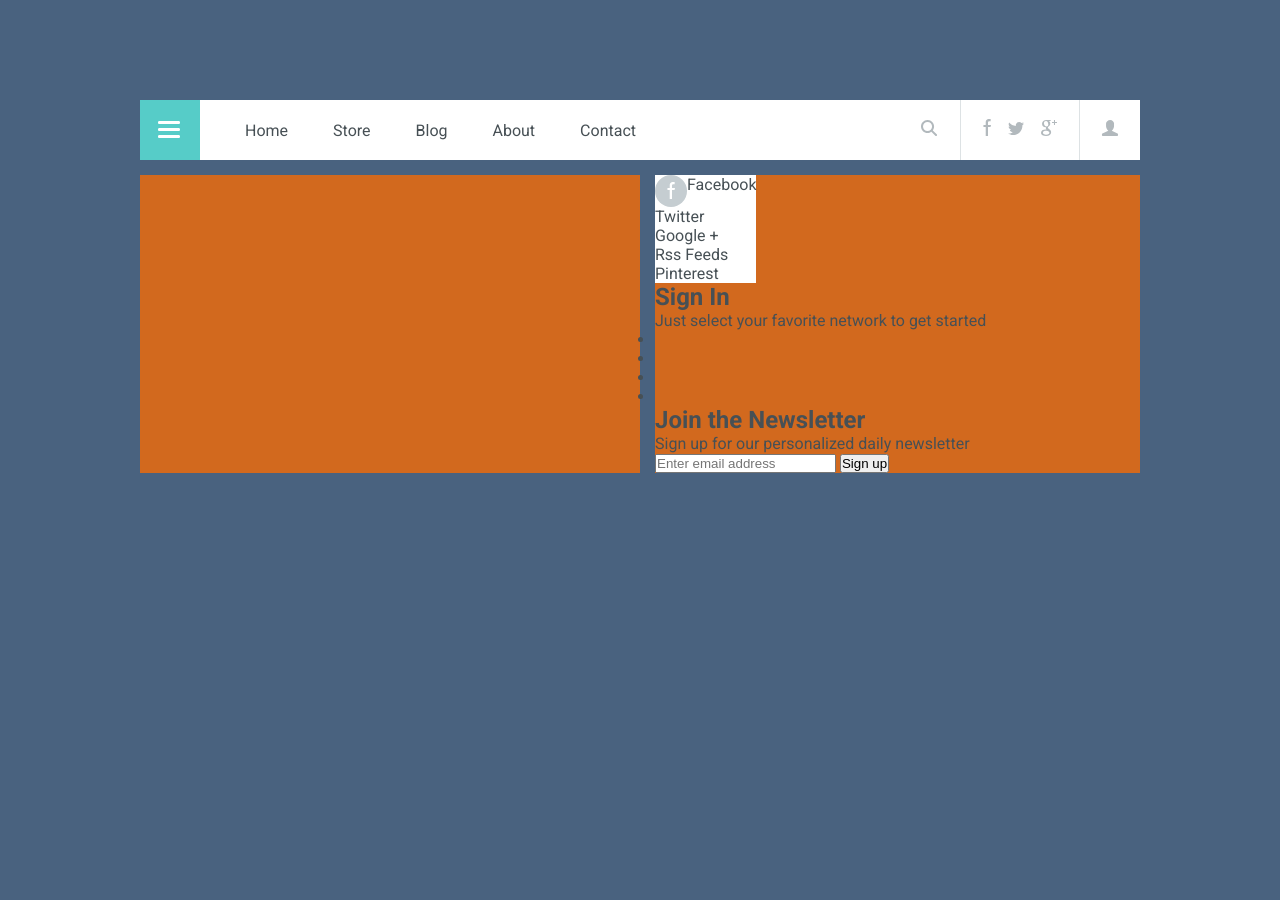
Repository: pawelczubak/WeeklyWebDevChallenge
Page: Challenge_4/index.html
The author's editor kept a copy of each file at every save. The page is drawn from the files as they stood at one save, then again after the next save.
The browser window is 1280 px wide. The pictures show the whole page.
Some web libraries are served in a nearby version.

Above is the page before, as saved 2020-04-27 20:13:42.

### Challenge_4/index.html
<!DOCTYPE html>
<html lang="en">

<head>
    <meta charset="UTF-8">
    <meta name="viewport" content="width=device-width, initial-scale=1.0">

    <title>Weekly WebDev Challenge - 4</title>

    <link href="https://fonts.googleapis.com/css2?family=Roboto:wght@300;400;700&display=swap" rel="stylesheet">
    <script src="https://kit.fontawesome.com/f64caa1a2c.js" crossorigin="anonymous"></script>

    <meta name="viewport" content="width = device-width, initial-scale=1, user-scalable=yes">
    <link rel="stylesheet" href="css/main.css">
</head>

<body>
    <div class="container">
        <!--  -----  NAVIGATION START  -----  -->
        <nav class="nav">
            <div class="nav-button">

                <svg xmlns="http://www.w3.org/2000/svg" xmlns:xlink="http://www.w3.org/1999/xlink" width="0.24in"
                    height="0.18in">
                    <path fill-rule="evenodd" fill="rgb(255, 255, 255)"
                        d="M20.653,17.008 L1.347,17.008 C0.603,17.008 -0.000,16.417 -0.000,15.690 L-0.000,15.372 C-0.000,14.644 0.603,14.055 1.347,14.055 L20.653,14.055 C21.397,14.055 22.000,14.644 22.000,15.372 L22.000,15.690 C22.000,16.417 21.397,17.008 20.653,17.008 ZM20.653,9.980 L1.347,9.980 C0.603,9.980 -0.000,9.390 -0.000,8.662 L-0.000,8.344 C-0.000,7.617 0.603,7.027 1.347,7.027 L20.653,7.027 C21.397,7.027 22.000,7.617 22.000,8.344 L22.000,8.662 C22.000,9.390 21.397,9.980 20.653,9.980 ZM20.653,2.952 L1.347,2.952 C0.603,2.952 -0.000,2.362 -0.000,1.635 L-0.000,1.317 C-0.000,0.589 0.603,-0.001 1.347,-0.001 L20.653,-0.001 C21.397,-0.001 22.000,0.589 22.000,1.317 L22.000,1.635 C22.000,2.362 21.397,2.952 20.653,2.952 Z" />
                </svg>

            </div>
            <ul class="nav-list">
                <li class="nav-list__item"><a href="#" class="nav-list__link">Home</a></li>
                <li class="nav-list__item"><a href="#" class="nav-list__link">Store</a></li>
                <li class="nav-list__item"><a href="#" class="nav-list__link">Blog</a></li>
                <li class="nav-list__item"><a href="#" class="nav-list__link">About</a></li>
                <li class="nav-list__item"><a href="#" class="nav-list__link">Contact</a></li>
            </ul>
            <div class="nav-icons">
                <div class="nav-icons__search">
                    <a href="#" class="nav-link__icon">
                        <svg xmlns="http://www.w3.org/2000/svg" xmlns:xlink="http://www.w3.org/1999/xlink"
                            width="0.18in" height="0.17in">
                            <path class="nav-icons__svg" fill-rule="evenodd" fill="rgb(178, 185, 189)"
                                d="M15.728,14.309 L11.786,10.388 C12.600,9.303 13.088,7.963 13.088,6.504 C13.088,2.908 10.157,-0.006 6.541,-0.006 C2.926,-0.006 -0.005,2.908 -0.005,6.504 C-0.005,10.100 2.926,13.014 6.541,13.014 C7.963,13.014 9.275,12.558 10.349,11.793 L14.304,15.726 C14.697,16.117 15.335,16.117 15.728,15.726 C16.121,15.335 16.121,14.700 15.728,14.309 ZM6.541,11.011 C4.038,11.011 2.009,8.994 2.009,6.504 C2.009,4.015 4.038,1.996 6.541,1.996 C9.044,1.996 11.073,4.015 11.073,6.504 C11.073,8.994 9.044,11.011 6.541,11.011 Z" />
                        </svg>
                    </a>
                </div>
                <ul class="nav-icons__social-list">
                    <li class="nav-icons__social-icons">
                        <a href="#" class="nav-link__icon">
                            <svg xmlns="http://www.w3.org/2000/svg" xmlns:xlink="http://www.w3.org/1999/xlink"
                                width="0.09in" height="0.18in">
                                <path class="nav-icons__svg" fill-rule="evenodd" fill="rgb(178, 185, 189)"
                                    d="M7.672,0.063 L6.069,0.063 C6.069,0.063 2.724,-0.188 2.724,3.338 C2.724,4.092 2.724,6.011 2.724,6.011 L0.453,6.011 L0.459,7.910 L2.723,7.910 L2.725,17.002 L5.000,17.002 L5.000,7.910 L7.507,7.910 L8.042,6.011 L5.013,6.011 L5.013,3.266 C5.013,3.266 4.988,2.341 6.072,2.341 L7.662,2.341 L7.672,0.063 Z" />
                            </svg>
                        </a>
                    </li>
                    <li class="nav-icons__social-icons">
                        <a href="#" class="nav-link__icon">
                            <svg xmlns="http://www.w3.org/2000/svg" xmlns:xlink="http://www.w3.org/1999/xlink"
                                width="0.17in" height="0.14in">
                                <path class="nav-icons__svg" fill-rule="evenodd" fill="rgb(178, 185, 189)"
                                    d="M16.027,1.547 C15.437,1.809 14.803,1.985 14.138,2.065 C14.817,1.659 15.338,1.015 15.584,0.250 C14.949,0.625 14.245,0.898 13.497,1.046 C12.897,0.408 12.043,0.009 11.097,0.009 C9.282,0.009 7.810,1.478 7.810,3.291 C7.810,3.547 7.839,3.799 7.895,4.039 C5.163,3.901 2.741,2.595 1.119,0.611 C0.837,1.095 0.674,1.658 0.674,2.259 C0.674,3.398 1.255,4.402 2.137,4.990 C1.598,4.974 1.091,4.825 0.648,4.579 C0.647,4.593 0.647,4.606 0.647,4.621 C0.647,6.211 1.781,7.537 3.285,7.838 C3.009,7.913 2.718,7.953 2.418,7.953 C2.207,7.953 2.000,7.933 1.800,7.894 C2.218,9.198 3.432,10.147 4.871,10.172 C3.746,11.053 2.328,11.578 0.788,11.578 C0.523,11.578 0.261,11.562 0.004,11.531 C1.459,12.462 3.187,13.006 5.043,13.006 C11.089,13.006 14.395,8.006 14.395,3.671 C14.395,3.529 14.393,3.387 14.387,3.246 C15.029,2.783 15.586,2.206 16.027,1.547 Z" />
                            </svg>
                        </a>
                    </li>
                    <li class="nav-icons__social-icons">
                        <a href="#" class="nav-link__icon">
                            <svg xmlns="http://www.w3.org/2000/svg" xmlns:xlink="http://www.w3.org/1999/xlink"
                                width="0.18in" height="0.18in">
                                <path class="nav-icons__svg" fill-rule="evenodd" fill="rgb(178, 185, 189)"
                                    d="M15.006,4.015 L15.006,5.999 L13.966,5.999 L13.966,4.015 L11.997,4.015 L11.997,3.013 L13.966,3.013 L13.966,0.971 L15.006,0.971 L15.006,3.013 L17.010,3.013 L17.010,4.015 L15.006,4.015 ZM8.900,2.055 C9.780,2.557 10.247,3.589 10.247,4.730 C10.247,5.777 9.666,6.620 8.845,7.259 C8.043,7.884 7.891,8.145 7.891,8.676 C7.891,9.129 8.849,9.803 9.290,10.132 C10.823,11.279 11.112,12.000 11.134,13.433 C11.162,15.338 9.199,17.001 6.054,17.001 C3.294,17.001 0.982,15.749 0.982,13.959 C0.982,11.258 2.897,10.385 5.657,10.385 C5.958,10.385 6.233,10.377 6.518,10.377 C6.141,10.013 5.836,9.697 5.836,9.144 C5.836,8.815 5.940,8.501 6.087,8.221 C5.938,8.231 5.785,8.241 5.627,8.241 C3.360,8.241 2.041,6.653 2.041,4.664 C2.041,2.715 4.050,0.969 6.459,0.969 C7.701,0.969 11.208,0.969 11.208,0.969 L10.147,2.055 L8.900,2.055 ZM6.121,11.642 C4.364,11.642 2.912,12.300 2.912,13.538 C2.912,14.799 4.207,15.828 5.999,15.828 C8.520,15.828 9.398,14.865 9.398,13.601 C9.398,13.449 9.394,13.295 9.341,13.156 C8.733,11.642 6.774,11.642 6.121,11.642 ZM8.249,4.923 C8.040,3.342 7.249,2.152 6.035,2.115 C4.820,2.079 3.755,3.182 3.966,4.764 C4.175,6.348 5.330,7.409 6.545,7.446 C7.760,7.481 8.458,6.507 8.249,4.923 Z" />
                            </svg>
                        </a>
                    </li>
                </ul>
                <div class="nav-icons__acount">
                    <a href="#" class="nav-link__icon">
                        <svg xmlns="http://www.w3.org/2000/svg" xmlns:xlink="http://www.w3.org/1999/xlink"
                            width="0.182in" height="0.18in">
                            <path class="nav-icons__svg" fill-rule="evenodd" fill="rgb(178, 185, 189)"
                                d="M15.993,17.030 L1.963,17.030 C1.394,17.030 0.932,16.569 0.932,15.999 L0.932,15.405 C0.932,14.535 1.963,14.374 1.963,14.374 L7.322,11.719 C5.880,10.561 5.056,8.283 5.056,7.156 L5.056,4.578 C5.056,2.871 6.903,0.969 9.181,0.969 C11.459,0.969 13.024,2.871 13.024,4.578 L13.024,7.156 C13.024,8.394 12.208,10.604 10.779,11.729 L15.993,14.374 C15.993,14.374 17.024,14.551 17.024,15.405 L17.024,15.999 C17.024,16.569 16.562,17.030 15.993,17.030 Z" />
                        </svg>
                    </a>
                </div>
            </div>
        </nav>

        <!--  -----  NAVIGATION END  -----  -->

        <!--  -----  MAIN START  -----  -->
        <main class="main">
            <!--  -----  MENU SECTION START  -----  -->
            <section class="menu-section"></section>
            <!--  -----  MENU SECTION END  -----  -->

            <!--  -----  SOCIAL SECTION START  -----  -->
            <section class="social-section">
                <article class="social-section__socials-container">
                    <ul class="socials-container__socials-list">
                        <li class="socials-container__socials-items">
                            <a href="#" class="socials-container__socials-link">
                                <div class="social-link__icon">
                                    <svg xmlns="http://www.w3.org/2000/svg" xmlns:xlink="http://www.w3.org/1999/xlink"
                                        width="0.09in" height="0.18in">
                                        <path class="nav-icons__svg" fill-rule="evenodd" fill="rgb(255, 255, 255)"
                                            d="M7.672,0.063 L6.069,0.063 C6.069,0.063 2.724,-0.188 2.724,3.338 C2.724,4.092 2.724,6.011 2.724,6.011 L0.453,6.011 L0.459,7.910 L2.723,7.910 L2.725,17.002 L5.000,17.002 L5.000,7.910 L7.507,7.910 L8.042,6.011 L5.013,6.011 L5.013,3.266 C5.013,3.266 4.988,2.341 6.072,2.341 L7.662,2.341 L7.672,0.063 Z" />
                                    </svg>
                                </div>Facebook
                            </a>
                        </li>
                        <li class="socials-container__socials-items">
                            <a href="#" class="socials-container__socials-link">Twitter</a>
                        </li>
                        <li class="socials-container__socials-items">
                            <a href="#" class="socials-container__socials-link">Google +</a>
                        </li>
                        <li class="socials-container__socials-items">
                            <a href="#" class="socials-container__socials-link">Rss Feeds</a>
                        </li>
                        <li class="socials-container__socials-items">
                            <a href="#" class="socials-container__socials-link">Pinterest</a>
                        </li>
                    </ul>
                    <div class="socials-container__follow-items">
                        <div class="socials-container__facebook-widget"></div>
                        <div class="socials-container__twitter-widget"></div>
                    </div>
                </article>
                <article class="social-section__sign-in">
                    <h2 class="socials-container__header">Sign In</h2>
                    <p class="sign-in__paragraph">Just select your favorite network to get started</p>
                    <ul class="sign-in__list">
                        <li class="sign-in__item"><a href="#" class="sign-in__link"></a></li>
                        <li class="sign-in__item"><a href="#" class="sign-in__link"></a></li>
                        <li class="sign-in__item"><a href="#" class="sign-in__link"></a></li>
                        <li class="sign-in__item"><a href="#" class="sign-in__link"></a></li>
                    </ul>
                </article>
                <article class="social-section__newsletter">
                    <h2 class="socials-container__header">Join the Newsletter</h2>
                    <p class="newsletter__paragraph">Sign up for our personalized daily newsletter</p>
                    <form action="GET" class="newsletter__form">
                        <input placeholder="Enter email address" type="email" name="email" required
                            class="newsletter__input" autocomplete="off" />
                        <button class="newsletter__button" formenctype="multipart/form-data" type="submit">Sign
                            up</button>
                    </form>
                </article>
            </section>
            <!--  -----  SOCIAL SECTION END  -----  -->
        </main>
        <!--  -----  MAIN END  -----  -->


    </div>

    <script src="js/main.js" type="text/javascript"></script>
</body>

</html>

### Challenge_4/css/main.css
*,
*::after,
*::before {
    box-sizing: border-box;
    margin: 0;
    padding: 0;
}

/*------------------  GLOBAL START  ------------------*/
body {
    margin: 0;
    padding: 0;
    font: 16px 'Roboto', sans-serif;
    color: #475055;
    background-color: #49627f;
}

.container {
    max-width: 1000px;
    min-height: 700px;
    margin: 100px auto;
    overflow: hidden;
}

/*------------------  GLOBAL END  ------------------*/
/*------------------  NAV START  ------------------*/
.nav {
    position: relative;
    display: flex;
    justify-content: left;
    width: 100%;
    height: 60px;
    background-color: #ffffff;
    margin-bottom: 15px;
}

.nav-button {
    display: flex;
    align-items: center;
    justify-content: center;
    background-color: #56ccc8;
    width: 60px;
    cursor: pointer;
    pointer-events: none;
}

.nav-button:hover {
    background-color: #56ddd8;
}

.nav-list {
    display: flex;
    list-style: none;

}

.nav-list__item {
    padding-left: 45px;
    display: flex;
    align-items: center
}

.nav-list__link {
    text-decoration: none;
    color: #475055;
}

.nav-list__link:hover {
    color: #56ccc8;
}

.nav-icons {
    display: flex;
    align-items: center;
    margin-left: auto;
}

.nav-icons__search {
    width: 60px;
    display: flex;
    justify-content: center;
}

.nav-link__icon {}

.nav-icons__social-list {
    position: relative;
    display: flex;
    height: 100%;
    justify-content: space-around;
    align-items: center;
    width: 120px;
    padding: 0 15px;
}

.nav-icons__social-list::before,
.nav-icons__social-list::after {
    position: absolute;
    content: '';
    top: 0;
    height: 100%;
    width: 1px;
    background-color: #dde2e4;
}

.nav-icons__social-list::after {
    left: 0;
}

.nav-icons__social-list::before {
    right: 0;
}

.nav-icons__social-icons {
    list-style: none;
}

.nav-icons__acount {
    width: 60px;
    display: flex;
    justify-content: center;
}

.nav-link__icon:hover .nav-icons__svg {
    fill: #152840;
}

/*------------------  NAV END  ------------------*/
/*------------------  MAIN START  ------------------*/
.main {
    display: flex;
    width: 100%;
}

/*------------------  MENU SECTION START  ------------------*/
.menu-section {
    width: 50%;
    /*    !!!!!!!!!!  ONLY FOR TEST !!!!!! */
    min-heignt: 500px;
    background-color: chocolate;
}

/*------------------  MENU SECTION END  ------------------*/
/*------------------  SOCIAL SECTION START  ------------------*/
.social-section {
    width: calc(50% - 15px);
    margin-left: 15px;

    background-color: chocolate;

}

.social-section__socials-container {
    display: flex;
}

.socials-container__socials-list {
    list-style: none;
    background-color: #ffffff;
}

.socials-container__socials-items {}

.social-link__icon {
    display: flex;
    justify-content: center;
    align-items: center;
    height: 32px;
    width: 32px;
    background-color: #c5cdd1;
    border-radius: 50%;
}

.socials-container__socials-link {
    display: flex;
    text-decoration: none;
    color: #475055;

}

/*------------------  SOCIAL SECTION END  ------------------*/

/*------------------  MAIN END  ------------------*/

/*------------------  MEDIAQUERY START  ------------------*/

@media screen and (max-width: 1024px) {
    .container {
        max-width: 95%;
    }
}

@media screen and (max-width: 800px) {
    .container {
        margin: 15px auto;
    }

    /*------------------  NAV START  ------------------*/
    .nav-button {
        pointer-events: all;
    }

    .nav-list {
        position: absolute;
        flex-direction: column;
        background-color: #ffffff;
        width: 50%;
        top: 60px;
        left: 0;
        height: 500px;
        justify-content: space-around;
        align-items: center;
        transform: translateX(-101%);
        transition: all 0.2s ease-in;
    }

    .nav-list__item {
        opacity: 0;
        padding: 0;
    }

    /*------------------  NAV END  ------------------*/
}

.nav-list--active {
    transform: translateX(0%);
}

/*------------------  MEDIAQUERY END  ------------------*/

/*------------------  ANIMATIONS  ------------------*/
@keyframes navLinkFade {
    from {
        opacity: 0;
        transform: translateX(-50px);
    }

    to {
        opacity: 1;
        transform: translateX(0px);
    }
}

### Challenge_4/js/main.js
const navSlide = () => {
    const burger = document.querySelector('.nav-button');
    const nav = document.querySelector('.nav-list');
    const navLinks = document.querySelectorAll('.nav-list__item');



    burger.addEventListener('click', () => {
        //Toggle nav
        nav.classList.toggle('nav-list--active');

        //Animate links
        navLinks.forEach((link, index) => {
            if (link.style.animation) {
                link.style.animation = ''
            } else {
                link.style.animation = `navLinkFade 0.5s ease forwards ${index / 7 + 0.2}s`;
            }

        });
    });


}

navSlide();

After the next save:
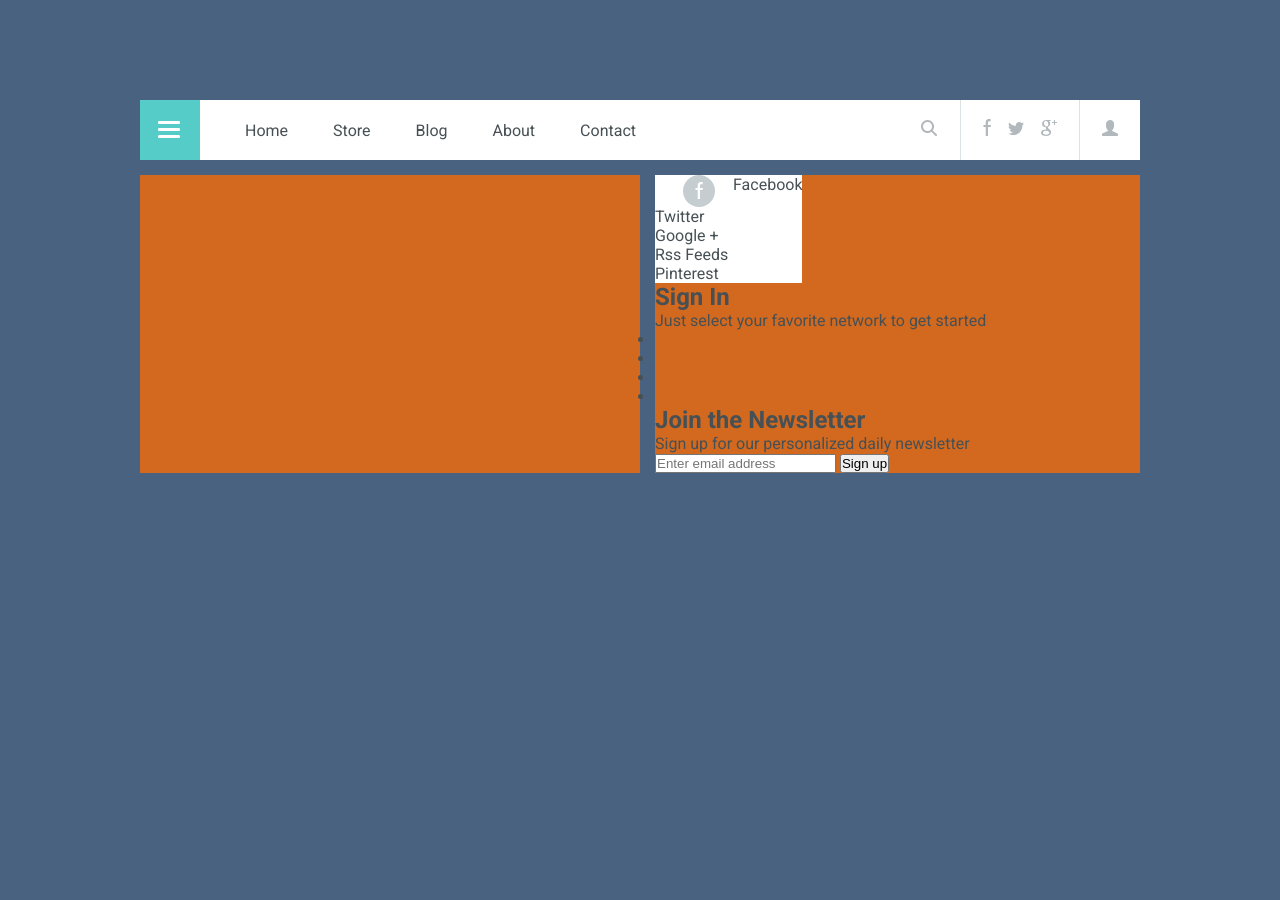
Saved 2 min 23 s later.
--- a/Challenge_4/css/main.css
+++ b/Challenge_4/css/main.css
@@ -169,6 +169,7 @@ body {
     width: 32px;
     background-color: #c5cdd1;
     border-radius: 50%;
+    margin: 0 18px 0 28px;
 }
 
 .socials-container__socials-link {
